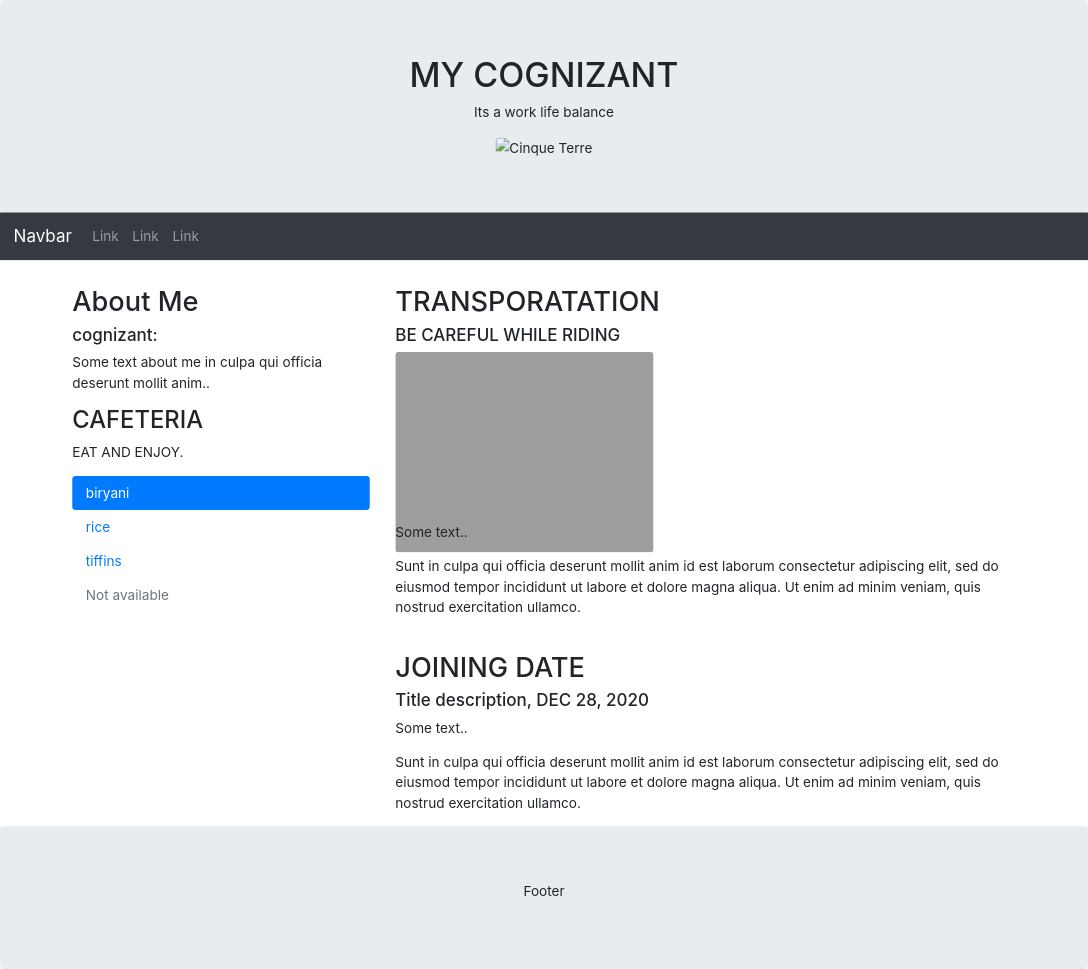
Repository: suvarsha/cognizant-projects
Page: BootStramp1/WebContent/first.html
An editor plug-in stored every save of this project. The page is shown before and after the next save, followed by the edit.
The browser window is 1280 px wide. The pictures show the whole page, at 85% of full size.
Pictures or frames that could not be fetched are drawn as grey boxes.

Above is the page before, as saved 2020-01-18 11:55:16.

### BootStramp1/WebContent/first.html
<!DOCTYPE html>
<html lang="en">
<head>
  <title>Bootstrap 4 Website Example</title>
  <meta charset="utf-8">
  <meta name="viewport" content="width=device-width, initial-scale=1">
  <link rel="stylesheet" href="https://maxcdn.bootstrapcdn.com/bootstrap/4.4.1/css/bootstrap.min.css">
  <script src="https://ajax.googleapis.com/ajax/libs/jquery/3.4.1/jquery.min.js"></script>
  <script src="https://cdnjs.cloudflare.com/ajax/libs/popper.js/1.16.0/umd/popper.min.js"></script>
  <script src="https://maxcdn.bootstrapcdn.com/bootstrap/4.4.1/js/bootstrap.min.js"></script>
  <style>
  .fakeimg {
    height: 200px;
    background:white;
  }
  </style>
</head>
<body>

<div class="jumbotron text-center" style="margin-bottom:0">
  <h1>MY COGNIZANT</h1>
  <p>Its a  work life balance</p>
  <img src=""C:\cognizant\BootStramp1\WebContent\image\download (1).jpg class="rounded" alt="Cinque Terre" width="304" height="100"></div>
</div>

<nav class="navbar navbar-expand-sm bg-dark navbar-dark">
  <a class="navbar-brand" href="#">Navbar</a>
  <button class="navbar-toggler" type="button" data-toggle="collapse" data-target="#collapsibleNavbar">
    <span class="navbar-toggler-icon"></span>
  </button>
  <div class="collapse navbar-collapse" id="collapsibleNavbar">
    <ul class="navbar-nav">
      <li class="nav-item">
        <a class="nav-link" href="#">Link</a>
      </li>
      <li class="nav-item">
        <a class="nav-link" href="#">Link</a>
      </li>
      <li class="nav-item">
        <a class="nav-link" href="#">Link</a>
      </li>
    </ul>
  </div>
</nav>

<div class="container" style="margin-top:30px">
  <div class="row">
    <div class="col-sm-4">
      <h2>About Me</h2>
      <h5>cognizant:</h5>
      <p>Some text about me in culpa qui officia deserunt mollit anim..</p>
      <h3>CAFETERIA</h3>
      <p>EAT AND ENJOY.</p>
      <ul class="nav nav-pills flex-column">
        <li class="nav-item">
          <a class="nav-link active" href="#">biryani</a>
        </li>
        <li class="nav-item">
          <a class="nav-link" href="#">rice</a>
        </li>
        <li class="nav-item">
          <a class="nav-link" href="#">tiffins</a>
        </li>
        <li class="nav-item">
          <a class="nav-link disabled" href="#">Not available</a>
        </li>
      </ul>
      <hr class="d-sm-none">
    </div>
    <div class="col-sm-8">
      <h2>TRANSPORATATION</h2>
      <h5>BE CAREFUL WHILE RIDING</h5>
      <div class="fakeimg">
      <img src="C:\cognizant\BootStramp1\WebContent\image\download.jpg" class="rounded" alt="Cinque Terre" width="304" height="236"></div>
      <p>Some text..</p>
      <p>Sunt in culpa qui officia deserunt mollit anim id est laborum consectetur adipiscing elit, sed do eiusmod tempor incididunt ut labore et dolore magna aliqua. Ut enim ad minim veniam, quis nostrud exercitation ullamco.</p>
      <br>
      <h2>JOINING DATE</h2>
      <h5>Title description, DEC 28, 2020</h5>

      <p>Some text..</p>
      <p>Sunt in culpa qui officia deserunt mollit anim id est laborum consectetur adipiscing elit, sed do eiusmod tempor incididunt ut labore et dolore magna aliqua. Ut enim ad minim veniam, quis nostrud exercitation ullamco.</p>
    </div>
  </div>
</div>

<div class="jumbotron text-center" style="margin-bottom:0">
  <p>Footer</p>
</div>

</body>
</html>

After the next save:
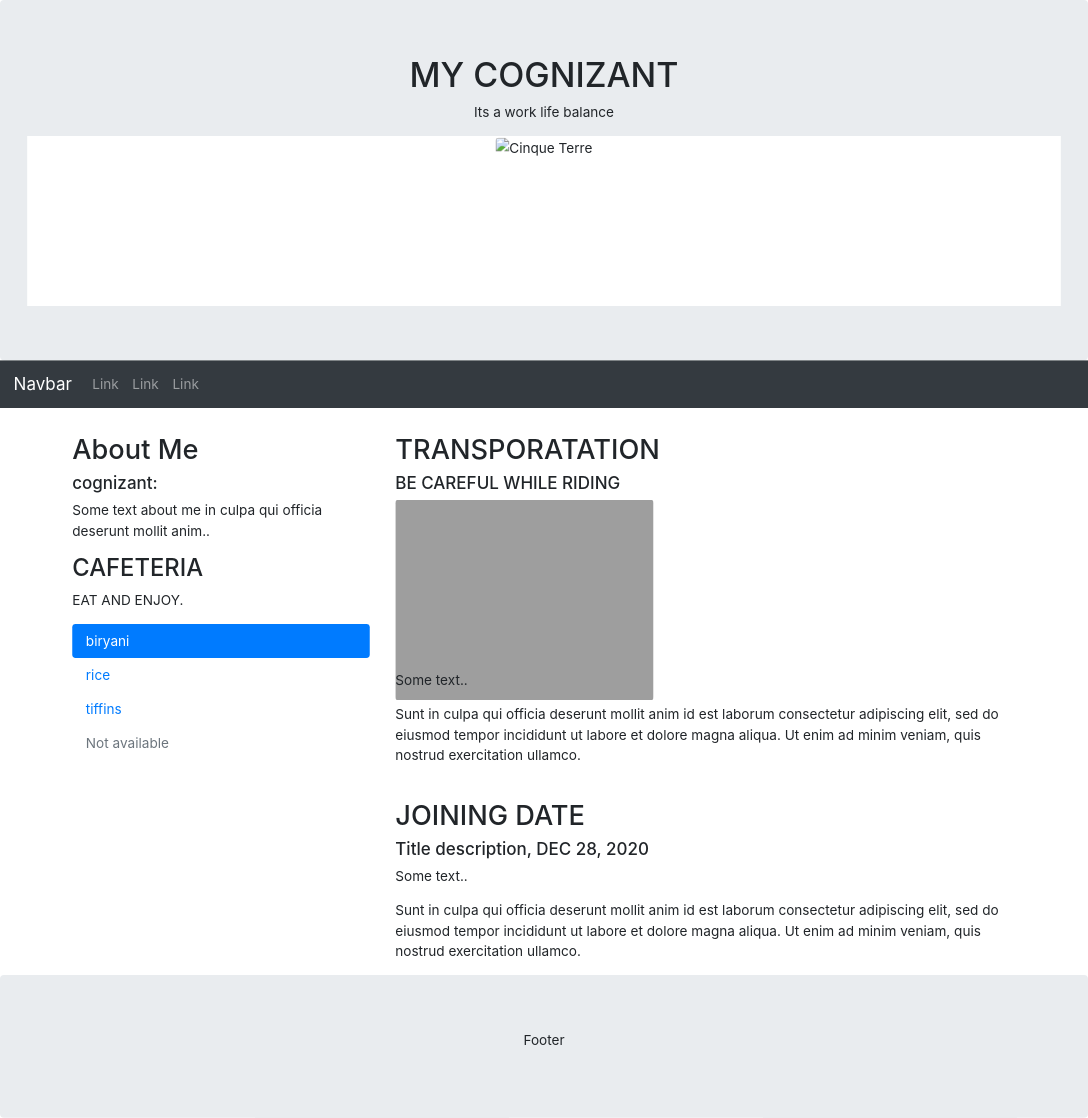
Saved 81 s later.
--- a/BootStramp1/WebContent/first.html
+++ b/BootStramp1/WebContent/first.html
@@ -20,6 +20,7 @@
 <div class="jumbotron text-center" style="margin-bottom:0">
   <h1>MY COGNIZANT</h1>
   <p>Its a  work life balance</p>
+  <div class="fakeimg">
   <img src=""C:\cognizant\BootStramp1\WebContent\image\download (1).jpg class="rounded" alt="Cinque Terre" width="304" height="100"></div>
 </div>
 
